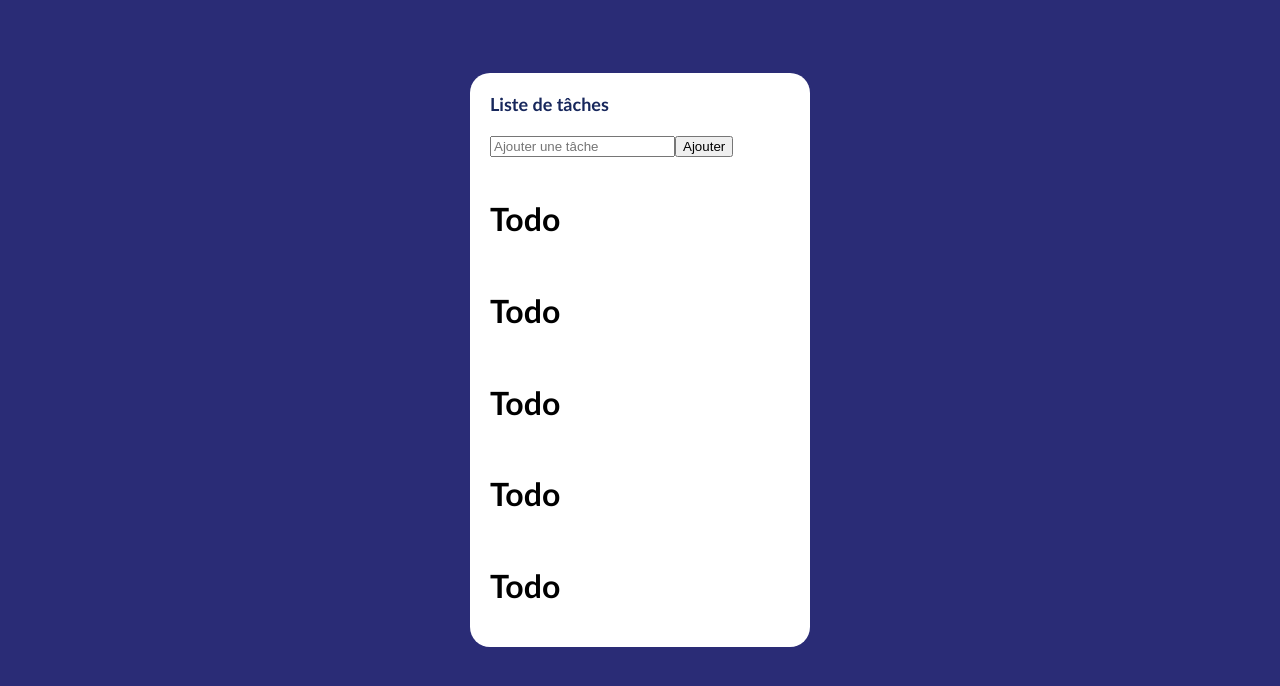
Repository: ndiemenguer/convertisseur
Page: / (app in todo-isep/)
An editor plug-in stored every save of this project. The page is shown before and after the next save, followed by the edit.
The browser window is 1280 px wide. The pictures show the whole page.
The project was rebuilt for these pictures with package versions that can differ from the ones it lists, and the page was loaded fresh each time. Also part of the build but not shown: todo-isep/vite.config.js, todo-isep/src/Application.jsx, todo-isep/src/index.css.

Above is the page before, as saved 2023-05-06 12:15:35.

After the next save:
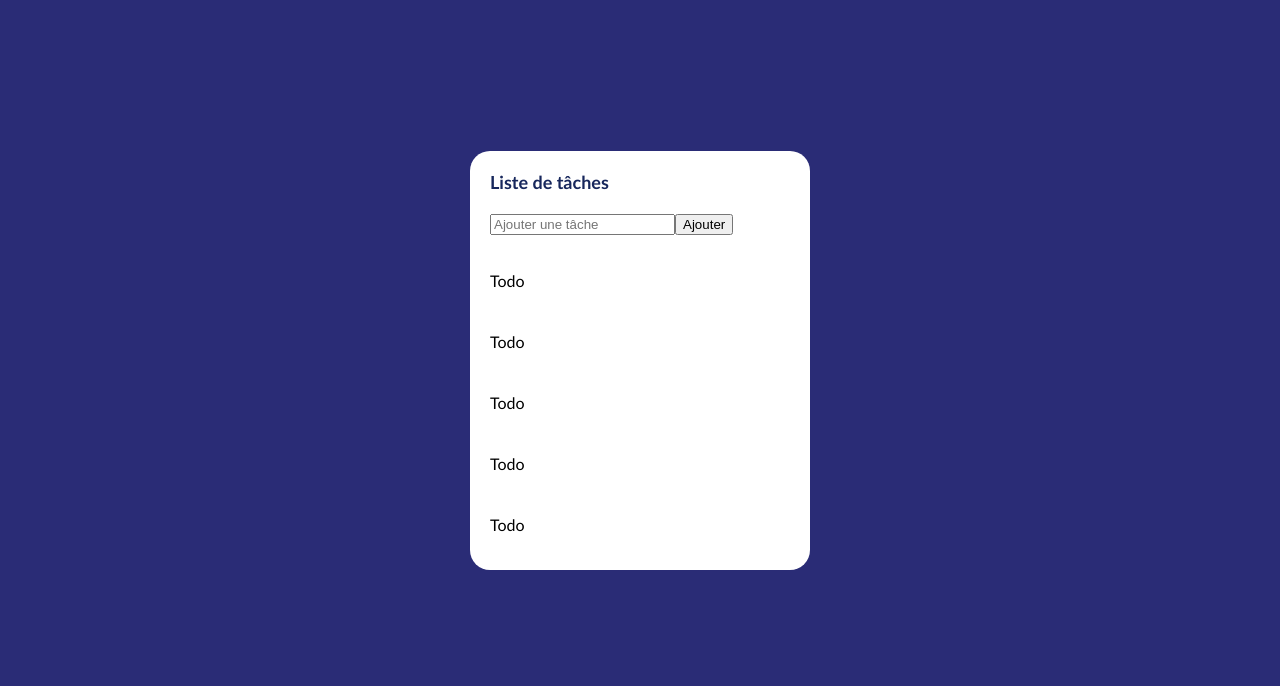
Saved 18 s later.
--- a/todo-isep/src/App.jsx
+++ b/todo-isep/src/App.jsx
@@ -10,11 +10,11 @@ function App() {
           <button>Ajouter</button>
         </div>
         <div className="todo-list">
-          <h1>Todo</h1>
-          <h1>Todo</h1>
-          <h1>Todo</h1>
-          <h1>Todo</h1>
-          <h1>Todo</h1>
+          <p>Todo</p>
+          <p>Todo</p>
+          <p>Todo</p>
+          <p>Todo</p>
+          <p>Todo</p>
         </div>
       </main>
     </>
